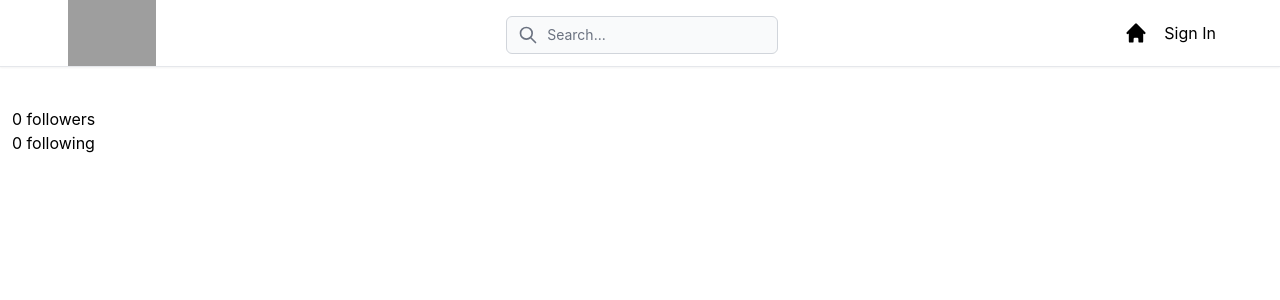
Repository: Uu20/webp
Page: /auth/profile (app in final/)
An editor plug-in stored every save of this project. The page is shown before and after the next save, followed by the edit.
The browser window is 1280 px wide. The pictures show the whole page.
Pictures or frames that could not be fetched are drawn as grey boxes. The page's requests for data from a server got no answer. The project was rebuilt for these pictures with package versions that can differ from the ones it lists, and the page was loaded fresh each time. The framework's server and built-in components were replaced by stand-ins that run in the browser. No one was signed in, and anything a server would have sent is missing. Also part of the build but not shown: final/next.config.js.

Above is the page before, as saved 2022-06-22 14:05:29.

### final/pages/_app.js
import "../styles/globals.css";
import { SessionProvider } from "next-auth/react";
import { RecoilRoot } from "recoil";


function MyApp({ Component, pageProps: { session, ...pageProps } }) {
  return (
    <SessionProvider session={session}>
      <RecoilRoot>
        <Component {...pageProps} />
      </RecoilRoot>
    </SessionProvider>
  );
}

export default MyApp;

### final/pages/auth/profile.js
import { useSession } from "next-auth/react";
import React, { useState } from "react";
import Header from "../../components/Header";

function Profile() {
  const { data: session } = useSession();

  console.log(session);

  return (
    <>
      <Header />
      <div className="relative mt-1 p-3 rounded-md">
        <img className="rounded-full" src={session?.user?.image} alt="" />
        <div className="items-center">
          <h2 className="font-bold text-lg">{session?.user?.username}</h2>
          <h3 className="text-sm text-gray-400">{session?.user?.email}</h3>
        </div>
      </div>
      <div className="items-center">
        <div className=" p-3">
          <p>0 followers</p>
          <p>0 following</p>
        </div>
      </div>
    </>
  );
}

export default Profile;

### final/styles/globals.css
@tailwind base;
@tailwind components;
@tailwind utilities;

html,
body {
  padding: 0;
  margin: 0;
  font-family: -apple-system, BlinkMacSystemFont, Segoe UI, Roboto, Oxygen,
    Ubuntu, Cantarell, Fira Sans, Droid Sans, Helvetica Neue, sans-serif;
}

a {
  color: inherit;
  text-decoration: none;
}

* {
  box-sizing: border-box;
}

@layer components{
  .navBtn{
    @apply hidden h-6 md:inline-flex
    cursor-pointer hover:scale-125
    transition-all duration-150 ease-out;
  }

  .btn{
    @apply h-7 hover:scale-125 cursor-pointer
    transition-all duration-150 ease-out;
  }
}

### final/components/Header.js
import React from "react";
import Image from "next/image";
import {
  SearchIcon,
  PlusCircleIcon,
  UserGroupIcon,
  HeartIcon,
  PaperAirplaneIcon,
  MenuIcon,
} from "@heroicons/react/outline";
import { HomeIcon } from "@heroicons/react/solid";
import { useSession } from "next-auth/react";
import { signIn } from "next-auth/react";
import { useRouter } from "next/router";
import { useRecoilState } from "recoil";
import { modalState } from "../atoms/modalAtoms";

function Header() {
  const { data: session } = useSession();
  const [open, setOpen] = useRecoilState(modalState);
  const router = useRouter();

  return (
    <div className="shadow-sm border-b bg-white sticky top-0 z-50">
      <div
        onClick={() => router.push("/")}
        className="flex justify-between max-w-6xl mx-5 lg:mx-auto"
      >
        {/* Left */}
        <div
          className="relative hidden lg:inline-grid w-24
        cursor-pointer"
        >
          <Image
            src="https://links.papareact.com/ocw"
            layout="fill"
            objectFit="contain"
          />
        </div>

        <div
          onClick={() => router.push("/")}
          className="relative w-10 lg:hidden flex-shrink-0
        cursor-pointer"
        >
          <Image
            src="https://links.papareact.com/jjm"
            layout="fill"
            objectFit="contain"
          />
        </div>
        {/* Middle Search input field */}
        <div className="max-w-xs">
          <div className="relative mt-1 p-3 rounded-md">
            <div
              className="absolute inset-y-0 pl-3 flex
                items-center pointer-events-none"
            >
              <SearchIcon className="h-5 w-5 text-gray-500" />
            </div>
            <input
              className="bg-gray-50 block w-full pl-10 sm:text-sm border-gray-300 rounded-md focus:ring-black focus:border-black"
              type="text"
              placeholder="Search..."
            />
          </div>
        </div>
        {/* Right */}
        <div className="flex items-center justify-end space-x-4">
          <HomeIcon
            onClick={() => router.push("/")}
            className="hidden h-6 md:inline-flex cursor-pointer
        hover:scale-125 transition-all duration-150 ease-out"
          />
          <MenuIcon className="h-6 md:hidden cursor-pointer" />

          {session ? (
            <>
              <div
                className="relative hidden h-6 md:inline-flex cursor-pointer
        hover:scale-125 transition-all duration-150 ease-out"
              >
                <PaperAirplaneIcon
                  className="hidden h-6 md:inline-flex cursor-pointer
        hover:scale-125 transition-all duration-150 ease-out rotate-45"
                />
              </div>

              <PlusCircleIcon
                onClick={() => setOpen(true)}
                className="hidden h-6 md:inline-flex cursor-pointer
        hover:scale-125 transition-all duration-150 ease-out"
              />
              <UserGroupIcon
                className="hidden h-6 md:inline-flex cursor-pointer
        hover:scale-125 transition-all duration-150 ease-out"
              />
              <HeartIcon
                className="hidden h-6 md:inline-flex cursor-pointer
        hover:scale-125 transition-all duration-150 ease-out"
              />

              <img
                onClick={() => router.push("/auth/profile")}
                src={session.user.image}
                alt="profile pic"
                className="h-10 w-10 rounded-full cursor-pointer"
              />
            </>
          ) : (
            <button onClick={signIn}>Sign In</button>
          )}
        </div>
      </div>
    </div>
  );
}

export default Header;

### final/atoms/modalAtoms.js
import {atom} from "recoil"

export const modalState =atom({
    key:"modalState",
    default:false,
});

### final/tailwind.config.js
/** @type {import('tailwindcss').Config} */
module.exports = {
  content: [
    "./pages/**/*.{js,ts,jsx,tsx}",
    "./components/**/*.{js,ts,jsx,tsx}",
  ],
  theme: {
    extend: {},
  },
  plugins: [require("@tailwindcss/forms"),
  require("tailwind-scrollbar"),
  require("tailwind-scrollbar-hide")],
}

After the next save:
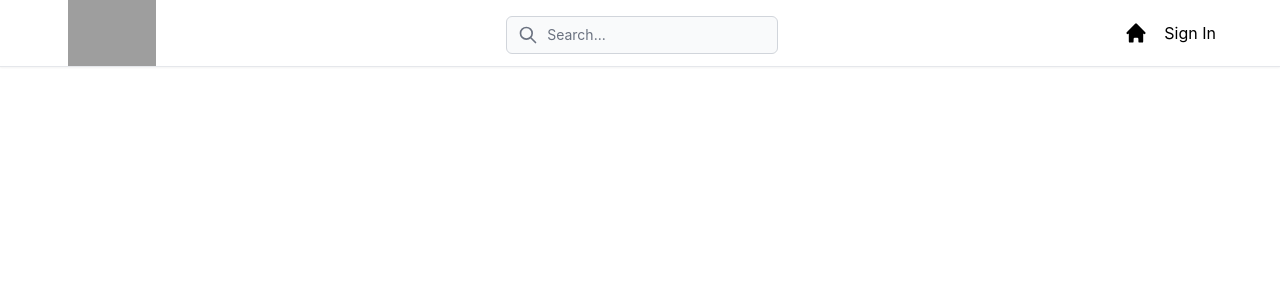
Saved 65 s later.
--- a/final/pages/auth/profile.js
+++ b/final/pages/auth/profile.js
@@ -19,8 +19,8 @@
       </div>
       <div className="items-center">
         <div className=" p-3">
-          <p>0 followers</p>
-          <p>0 following</p>
+          {/* <p>0 followers</p>
+          <p>0 following</p> */}
         </div>
       </div>
     </>
